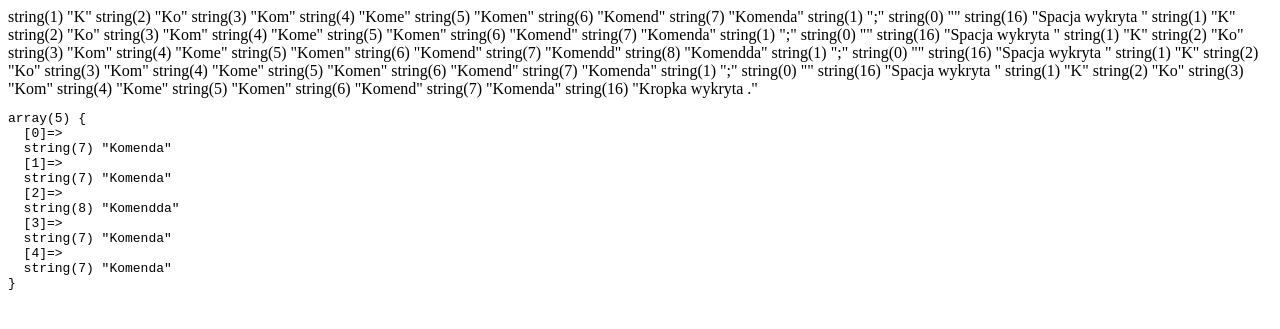
Repository: mahoone/revising_php
Page: http://localhost/Config.php
An editor plug-in stored every save of this project. The page is shown before and after the next save, followed by the edit.
The browser window is 1280 px wide. The pictures show the whole page.
The page is run by PHP 8.4 with error messages shown; the project is at /var/www/html/.

Above is the page before, as saved 2020-06-01 22:11:07.

### Config.php
<?php

$tekst = 'Komenda; Komenda; Komendda; Komenda; Komenda. To juz pomojamy.';
$tablica = array(0 => '');
$t = 0;

for($i = 0; $i < strlen($tekst); $i++)
{
   switch($tekst[$i])
   {
        case ' ':
            var_dump('Spacja wykryta '.$tekst[$i]);
            continue 2;
        case '.':
            var_dump('Kropka wykryta '.$tekst[$i]);
            break 2;
        case ';':
            $t++;
            $tablica[$t] = '';
            var_dump($tekst[$i]);
            var_dump($tablica[$t]);
            break;
        default:
            $tablica[$t] = $tablica[$t].$tekst[$i];
            var_dump ($tablica[$t]);
   }
}

echo '<pre>';
var_dump($tablica);
echo '</pre>';

After the next save:
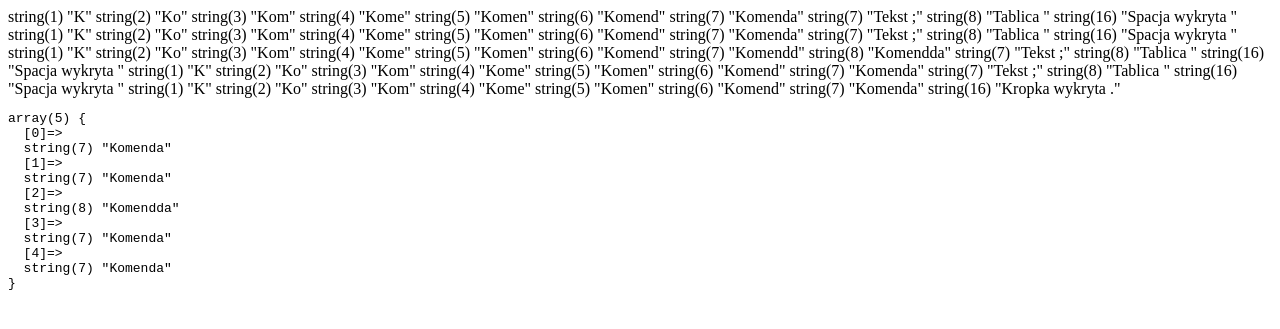
Saved 26 s later.
--- a/Config.php
+++ b/Config.php
@@ -17,8 +17,8 @@ for($i = 0; $i < strlen($tekst); $i++)
         case ';':
             $t++;
             $tablica[$t] = '';
-            var_dump($tekst[$i]);
-            var_dump($tablica[$t]);
+            var_dump('Tekst '.$tekst[$i]);
+            var_dump('Tablica '.$tablica[$t]);
             break;
         default:
             $tablica[$t] = $tablica[$t].$tekst[$i];
